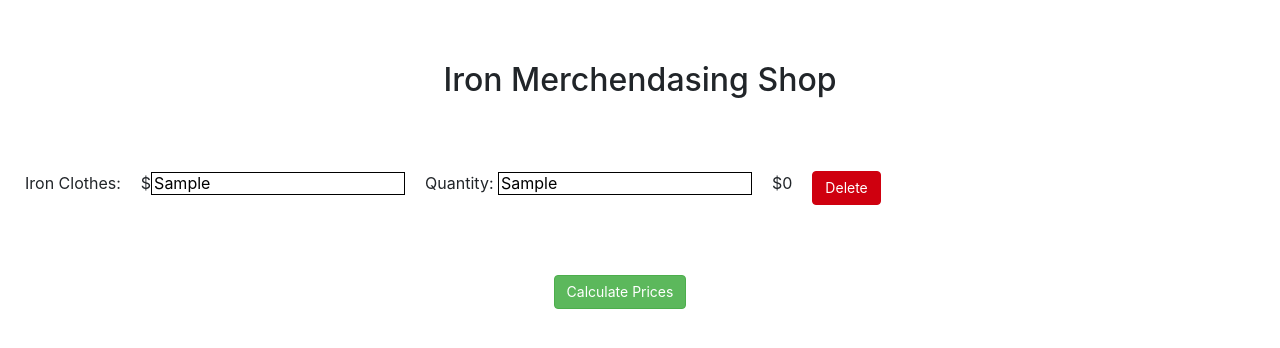
Repository: konstantin0s/lab-cart-DOM
Page: index.html
An editor plug-in stored every save of this project. The page is shown before and after the next save, followed by the edit.
The browser window is 1280 px wide. The pictures show the whole page.
Empty fields were first filled with sample values (such as "Sample", 5 or name@example.com).
After loading, the first visible `#calc-prices-button` was clicked once.
Some web libraries are served in a nearby version.

Above is the page before, as saved 2019-02-01 22:17:16.
Console error: TypeError: Cannot set properties of null (setting 'onclick')

After the next save:
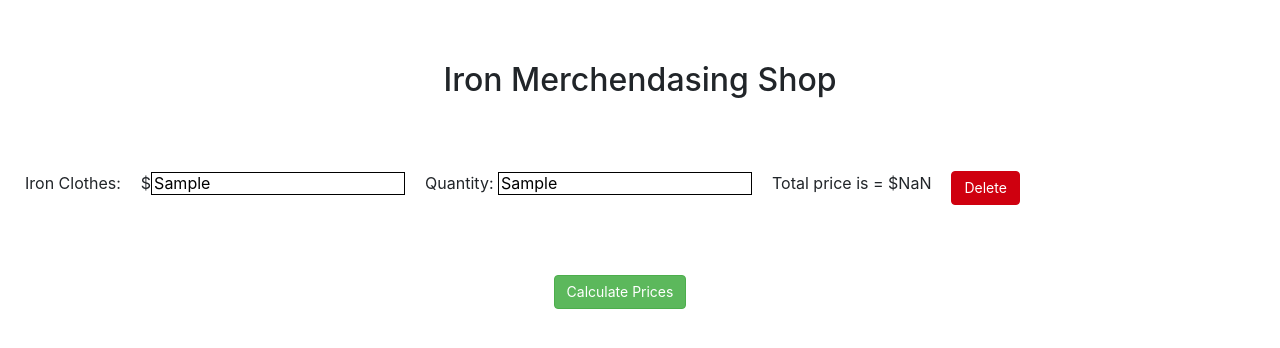
Saved 2 min 18 s later.
--- a/js/index.js
+++ b/js/index.js
@@ -30,7 +30,7 @@ function getPriceByProduct(itemNode){
 
   // var multiply = myQuantity * myInput;
 
-//  document.getElementsByClassName('price').innerHTML = "Total price is = $" + itemNode;
+var span = document.getElementsByClassName("totalP")[0].innerHTML = "Total price is = $" + itemNode;
 
   // if (result !== NaN) {
   //
